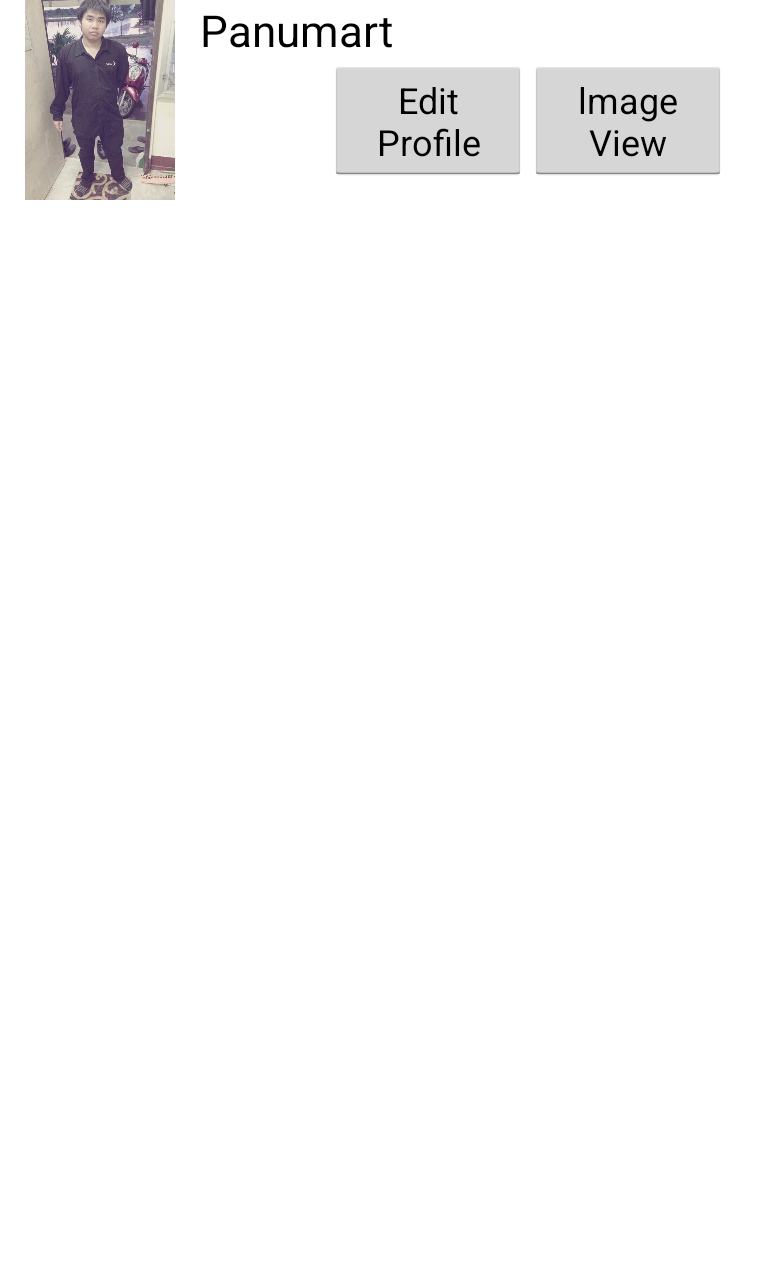
Repository: PanumartThamkawin/Resuma_55410657
Layout: Panu657/res/layout/activity_main.xml
The author's editor kept a copy of each file at every save. The layout is drawn from the files as they stood at one save, then again after the next save.
It is drawn on a 768 x 1280 px phone screen (xhdpi) without system bars, with theme AppTheme; the app's code is not run.

Above is the layout before, as saved 2014-09-01 05:43:53.

After the next save:
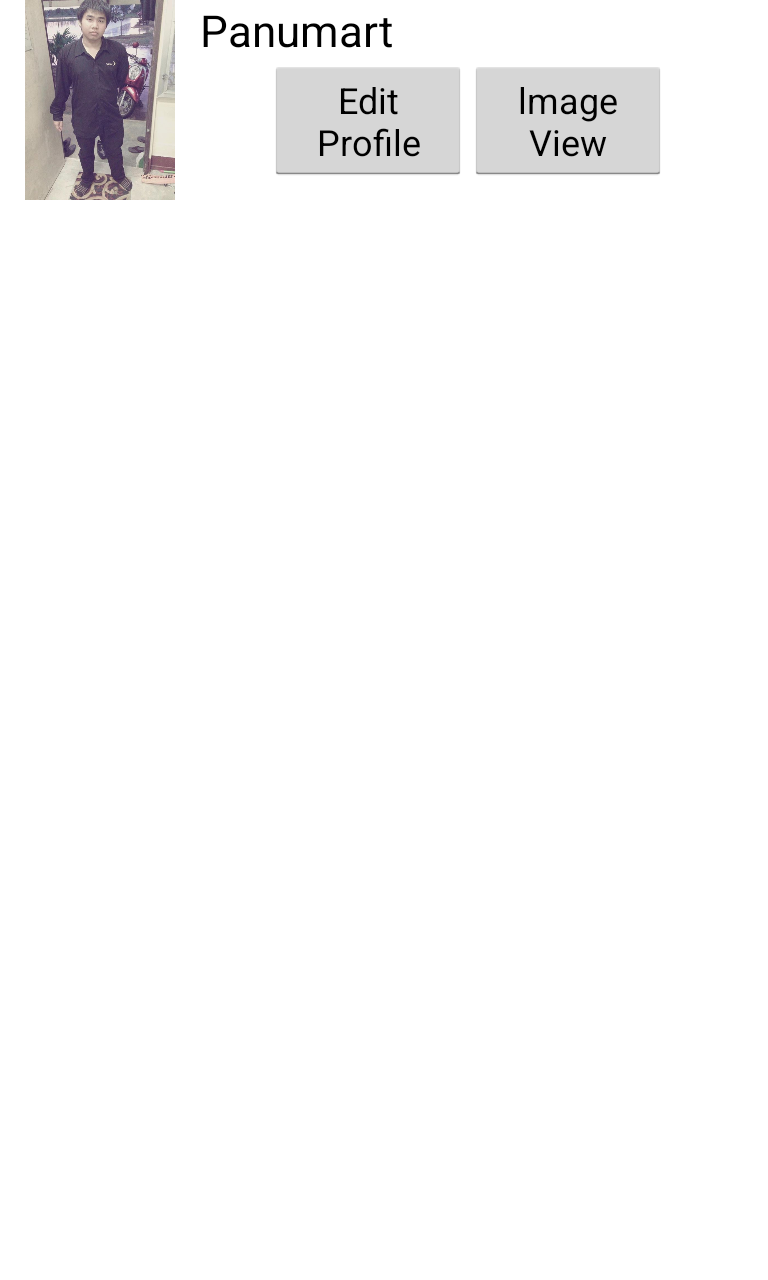
Saved 28 s later.
--- a/Panu657/res/layout/activity_main.xml
+++ b/Panu657/res/layout/activity_main.xml
@@ -31,7 +31,7 @@
         android:layout_height="wrap_content"
         android:layout_alignParentRight="true"
         android:layout_below="@id/textView1"
-        android:layout_marginRight="20dp" >
+        android:layout_marginRight="50dp" >
 
         <Button
             android:id="@+id/button1"
